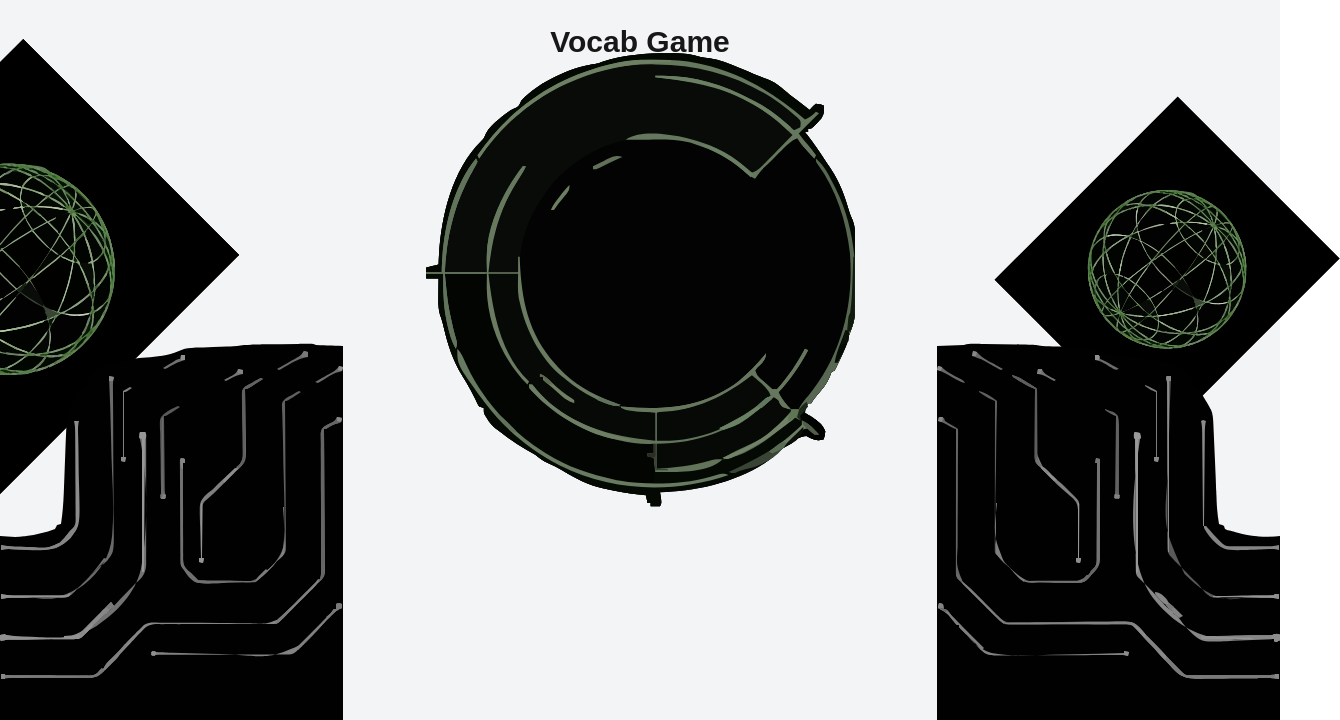
Repository: oxniw/bio-vocab
Page: /game
The author's editor kept a copy of each file at every save. The page is drawn from the files as they stood at one save, then again after the next save.
The browser window is 1280 px wide. The page is 1340 px wide, so the pictures cover 1340 px, including what lies to the right of the window. The pictures show the whole page.
The project was rebuilt for these pictures with package versions that can differ from the ones it lists, and the page was loaded fresh each time. The framework's server and built-in components were replaced by stand-ins that run in the browser. Also part of the build but not shown: next.config.ts.

Above is the page before, as saved 2025-04-03 22:15:42.

### src/app/game/page.jsx
'use client';

import { useState, useEffect } from 'react';
import Image from 'next/image';
const words = [
  { word: 'Ephemeral', definition: 'Lasting a very short time' },
  { word: 'Tenacious', definition: 'Holding fast; persistent' },
  { word: 'Ineffable', definition: 'Too great to be expressed in words' },
  { word: 'Sycophant', definition: 'A person who flatters for personal gain' },
  { word: 'Pernicious', definition: 'Having a harmful effect' }
];

export default function VocabGame() {
  const [currentWord, setCurrentWord] = useState('');
  const [currentDef, setCurrentDef] = useState('');
  const [score, setScore] = useState(0);
  const [timeLeft, setTimeLeft] = useState(30);
  const [gameOver, setGameOver] = useState(false);

  useEffect(() => {
    startGame();
  }, []);

  useEffect(() => {
    if (timeLeft > 0) {
      const timer = setTimeout(() => setTimeLeft(timeLeft - 1), 1000);
      return () => clearTimeout(timer);
    } else {
      setGameOver(true);
    }
  }, [timeLeft]);

  function getNewWord() {
    const wordObj = words[Math.floor(Math.random() * words.length)];
    const useCorrectDef = Math.random() > 0.5;
    setCurrentWord(wordObj.word);
    setCurrentDef(useCorrectDef ? wordObj.definition : words[Math.floor(Math.random() * words.length)].definition);
  }

  function startGame() {
    setScore(0);
    setTimeLeft(30);
    setGameOver(false);
    getNewWord();
  }

  function handleAnswer(isCorrect) {
    if (!gameOver) {
      const correctDef = words.find(w => w.word === currentWord).definition === currentDef;
      setScore(prev => prev + (correctDef === isCorrect ? 1 : -1));
      getNewWord();
    }
  }

  return (
    <div className="flex flex-col items-center p-6 bg-gray-100 min-h-screen ">

      <h1 className="text-3xl font-bold mb-4">Vocab Game</h1>
      <p className="text-xl">Time Left: {timeLeft} seconds</p>
      <p className="text-lg">Score: {score}</p>
      {gameOver ? (
        <button className="mt-4 p-2 bg-blue-500 text-white rounded" onClick={startGame}>
          Restart Game
        </button>
      ) : (
        <>
          <p className="text-2xl font-semibold mt-4">{currentWord}</p>
          <p className="text-lg italic mb-4">"{currentDef}"</p>
          <div className="flex gap-4">
            <button className="p-2 bg-green-500 text-white rounded" onClick={() => handleAnswer(true)}>
              Yes
            </button>
            <button className="p-2 bg-red-500 text-white rounded" onClick={() => handleAnswer(false)}>
              No
            </button>
          </div>
        </>
      )}
      <Image
      className="absolute top-24 -left-36 rotate-45"
      src="/com/cysphere.svg"
      alt="Next.js logo"
      width={612/2 }
      height={408/2 }
      priority
      />
      <Image
      className="absolute top-24 -right-10 rotate-45 scale-75"
      src="/com/cysphere.svg"
      alt="Next.js logo"
      width={612/2 }
      height={408/2 }
      priority
      />
      <Image
      className="absolute bottom-0 left-0 "
      src="/com/cyd3.svg"
      alt="Next.js logo"
      width={343 }
      height={411 }
      priority
      />
      <Image
      className="absolute bottom-0 right-0 "
      src="/com/cy2d.svg"
      alt="Next.js logo"
      width={343 }
      height={411 }
      priority
      />
      <Image
      className="absolute scale-125"
      src="/com/cy4d.svg"
      alt="Next.js logo"
      width={343 }
      height={411 }
      priority
      />
    </div>

  );
}

Loaded but not shown: src/app/layout.tsx (common file); src/app/globals.css (common file)

After the next save:
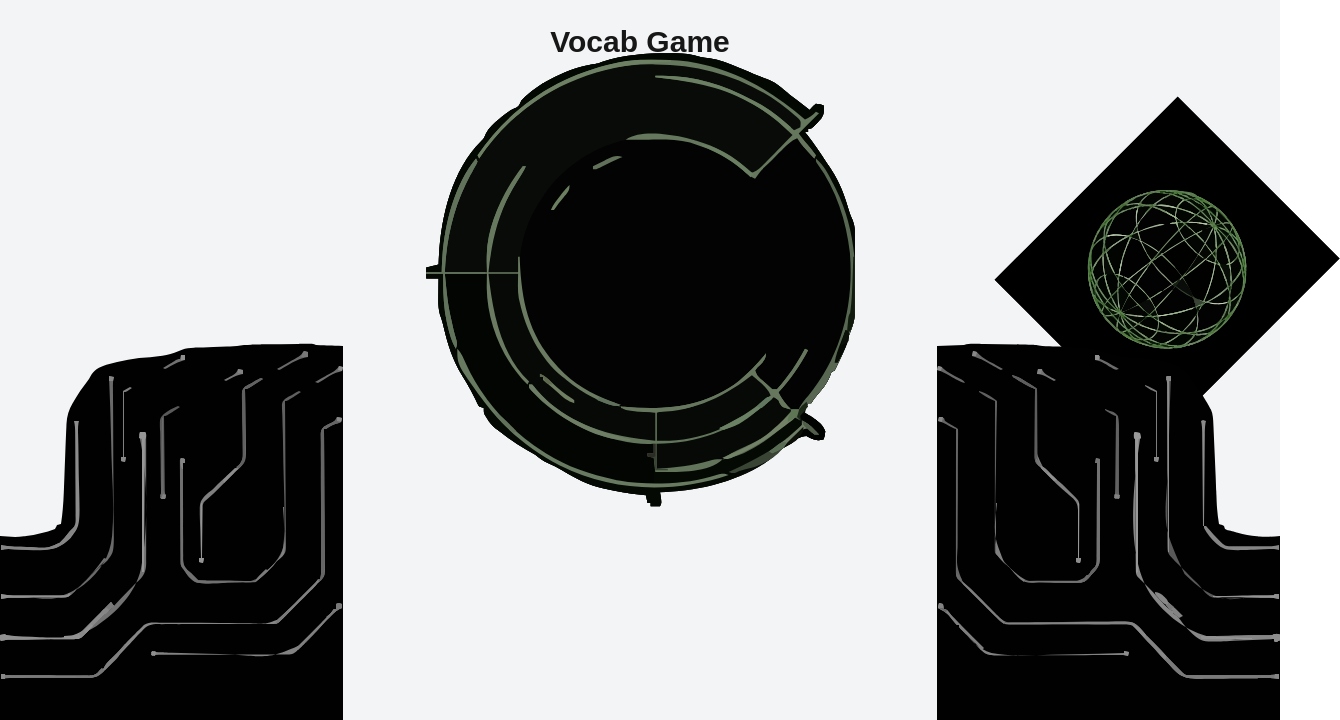
Saved 19 s later.
--- a/src/app/game/page.jsx
+++ b/src/app/game/page.jsx
@@ -77,7 +77,7 @@
         </>
       )}
       <Image
-      className="absolute top-24 -left-36 rotate-45"
+      className="absolute top-24 -left-36 rotate-45 -z-10"
       src="/com/cysphere.svg"
       alt="Next.js logo"
       width={612/2 }

After the save that followed:
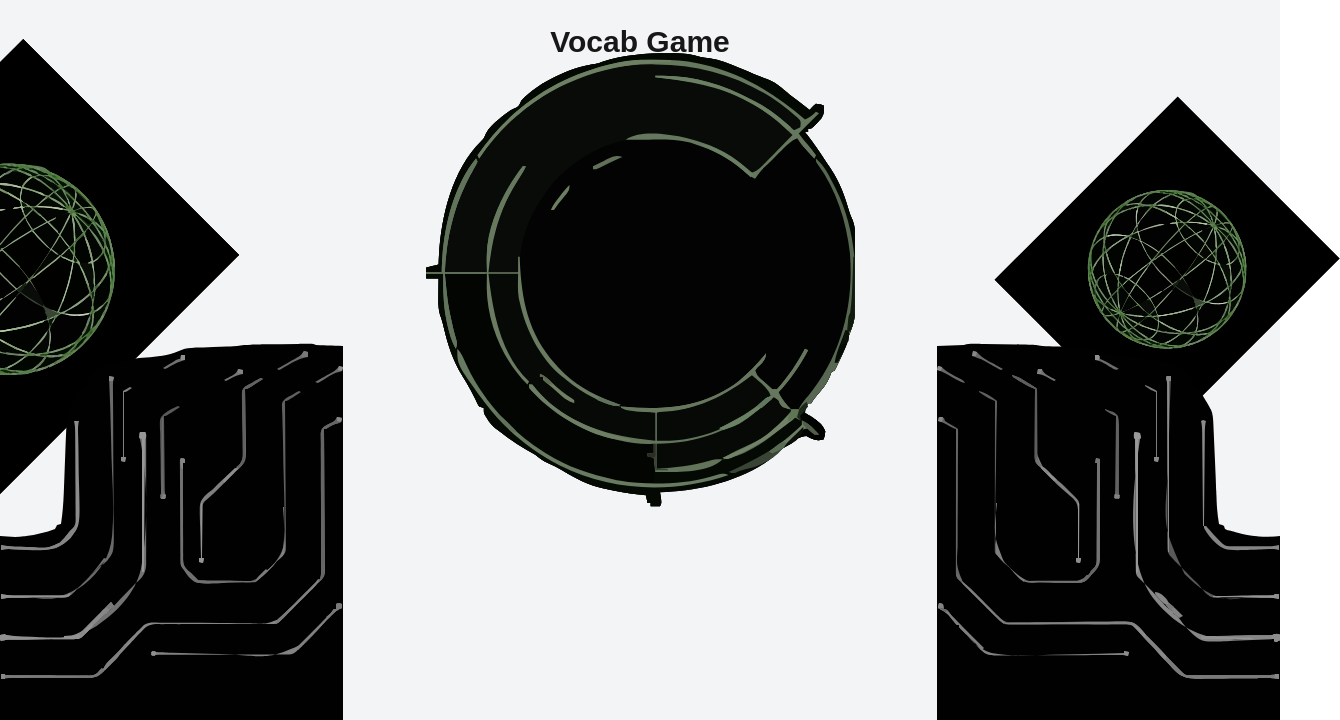
Saved 5 s later.
--- a/src/app/game/page.jsx
+++ b/src/app/game/page.jsx
@@ -77,7 +77,7 @@
         </>
       )}
       <Image
-      className="absolute top-24 -left-36 rotate-45 -z-10"
+      className="absolute top-24 -left-36 rotate-45"
       src="/com/cysphere.svg"
       alt="Next.js logo"
       width={612/2 }
